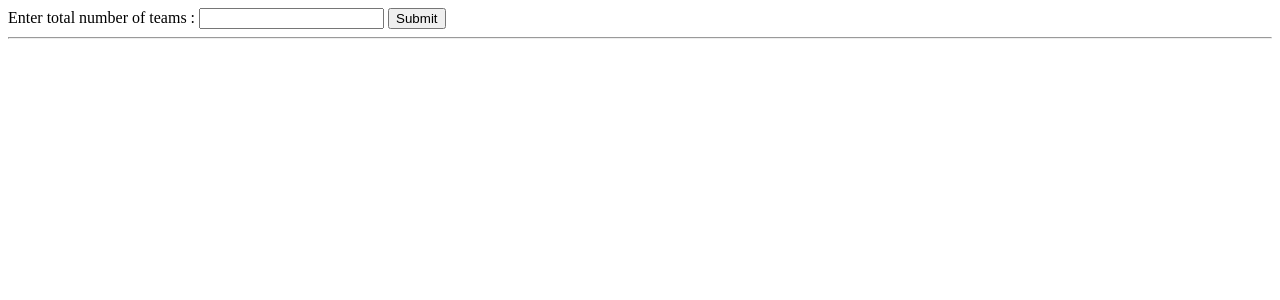
Repository: seleco29/Random-Team-Matcher-Servlet-Jsp
Page: http://localhost/Random_Team_Matcher_v2.0/
These files come from the project's save history. The page is drawn as it stood at one moment and after the next save; the edit follows.
The browser window is 1280 px wide. The pictures show the whole page.
The page is served by Tomcat 9.

Above is the page before, as saved 2023-01-19 10:06:21.

After the next save:
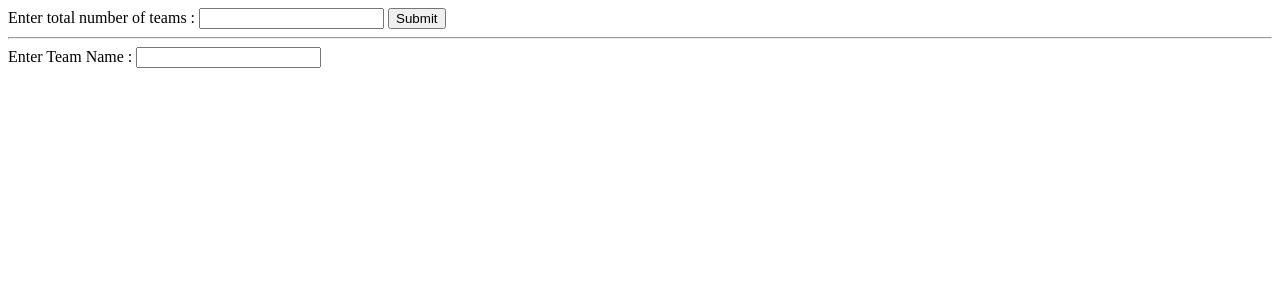
Saved 36 s later.
--- a/Random Team Matcher v2.0/src/main/webapp/index.jsp
+++ b/Random Team Matcher v2.0/src/main/webapp/index.jsp
@@ -15,7 +15,7 @@ Enter total number of teams : <input type="number" name="totalTeams">
 <hr/>
 <form action="<%=request.getContextPath()%>/home">
 <c:forEach begin="0" end="${param.totalTeams}">
-
+Enter Team Name : <input type="text" name="team">
 </c:forEach>
 </form>
 </body>
